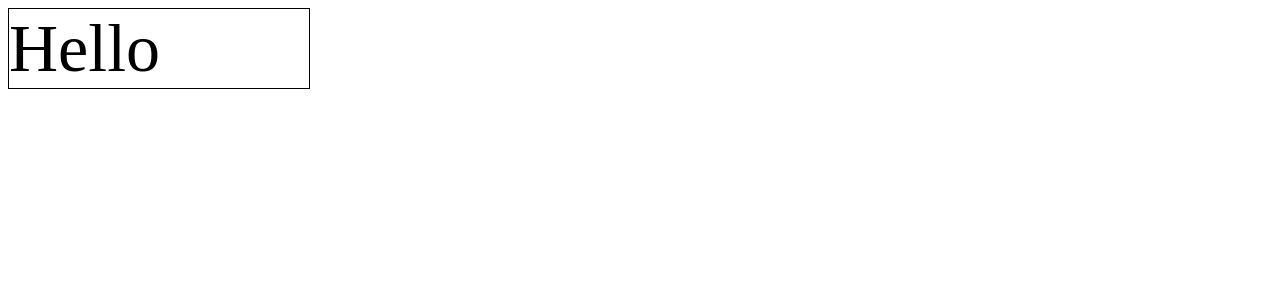
Repository: mrdizzy/node-casamiento
Page: public/wip/font_size.html
The author's editor kept a record of every edit. The page is drawn from the files as they stood at one moment, then again after the next edit.
The browser window is 1280 px wide. The pictures show the whole page.
Some web libraries are served in a nearby version.

Above is the page before.

### public/wip/font_size.html
<!doctype html>

<html>
<head>

<script src="https://ajax.googleapis.com/ajax/libs/jquery/1.8.2/jquery.min.js"></script>
<script src="https://cdnjs.cloudflare.com/ajax/libs/underscore.js/1.3.3/underscore-min.js"></script>
<style type="text/css">


</style>
</head>
<body>

<div id="container" style="width:300px;border:1px solid black;"><span id="text">Hello</span></div>

    <script>
        var container = $('#container').width();
        var text = $('#text').width();


        console.log(container, text, font_size)
        while($('#text').width() < 150) {
             var font_size = $('#text').css("font-size");
            font_size = parseInt(font_size)
            console.log($('#text').width())
            $('#text').css('font-size', (font_size + 1) + "px")
        }
    </script>
</body>

</html>

After the next edit:
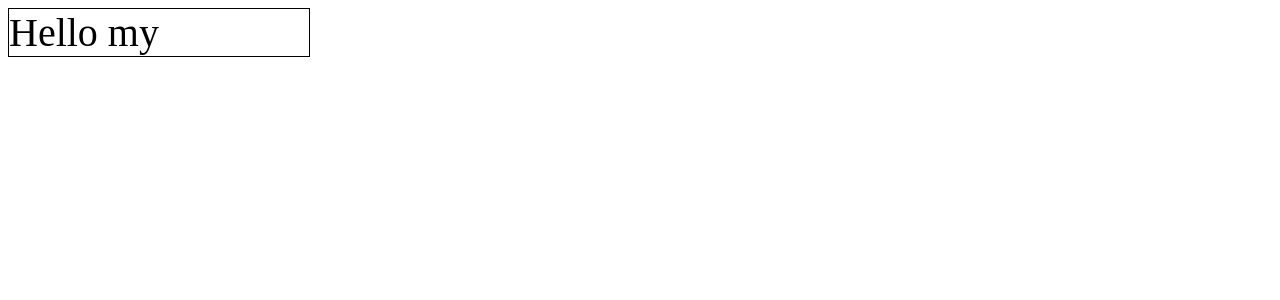
The edit:
--- a/public/wip/font_size.html
+++ b/public/wip/font_size.html
@@ -12,7 +12,7 @@
 </head>
 <body>
 
-<div id="container" style="width:300px;border:1px solid black;"><span id="text">Hello</span></div>
+<div id="container" style="width:300px;border:1px solid black;"><span id="text">Hello my</span></div>
 
     <script>
         var container = $('#container').width();
